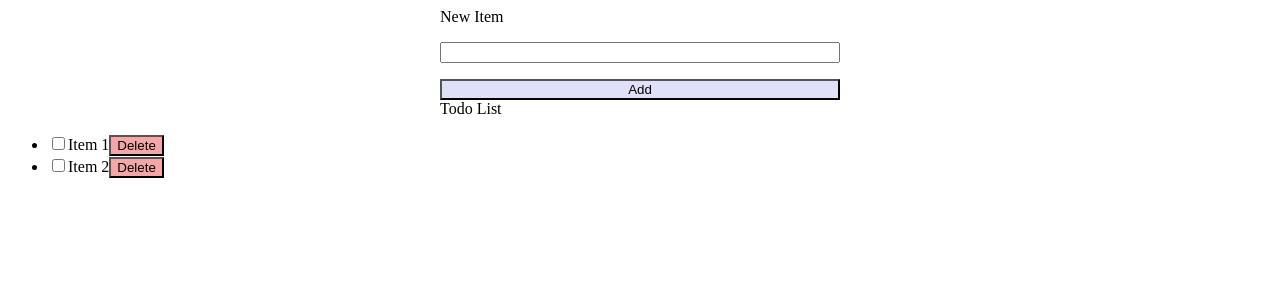
Repository: emmanuel2011-program/react-to-do-list
Page: /
These files come from the project's save history. The page is drawn as it stood at one moment and after a run of saves; the edit follows.
The browser window is 1280 px wide. The pictures show the whole page.
The project was rebuilt for these pictures with package versions that can differ from the ones it lists, and the page was loaded fresh each time. Also part of the build but not shown: vite.config.js.

Above is the page before, as saved 2025-11-03 10:33:16.

### index.html
<!doctype html>
<html lang="en">
  <head>
    <meta charset="UTF-8" />
    <link rel="icon" type="image/svg+xml" href="/vite.svg" />
    <meta name="viewport" content="width=device-width, initial-scale=1.0" />
    <title>react-to-do-list</title>
  </head>
  <body>
    <div id="root"></div>
    <script type="module" src="/src/main.jsx"></script>
  </body>
</html>

### src/App.jsx
import "./styles.css"

export default function App() {
  return (
    <>
  <form className="new-item-form">

      <label htmlFor="item">New Item</label>
      <input type="text" id="item" />
    <button className="btn">Add</button>
  </form>
  <hi className="header">Todo List</hi>
  <ul className="list">
    <li>
      <label>
        <input type="checkbox" />
        Item 1
      </label>
      <button className="btn-danger">Delete</button>
    </li>
    <li>
      <label>
        <input type="checkbox" />
        Item 2
      </label>
      <button className="btn-danger">Delete</button>
    </li>
  </ul>
  </>
)
}

### src/styles.css
/* Align the label above the input */
.new-item-form {
  display: flex;
  flex-direction: column;
  gap: 1rem; /* space between rows if you add more later */
  max-width: 400px;
  margin: 0 auto;
}

.btn-danger {
    background-color: rgb(245, 167, 167);
}
.btn {
    background-color: rgb(224, 224, 249);
}

.form-row {
  display: flex;
  flex-direction: column; /* 👈 stacks label above input */
}

.form-row label {
  margin-bottom: 6px;
  font-weight: 600;
  font-size: 0.95rem;
  color: var(--muted);
}

.form-row input {
  padding: 10px 12px;
  font-size: 1rem;
  border-radius: 8px;
  border: 1px solid #334155;
  background-color: #4b75f5;
  color: var(--text);
  outline: none;
  transition: border 0.2s ease, box-shadow 0.2s ease;
}

.form-row input:focus {
  border-color: var(--accent);
  box-shadow: 0 0 6px rgba(125, 211, 252, 0.4);
}
.header {
    display: flex;
  flex-direction: column;
  gap: 1rem; /* space between rows if you add more later */
  max-width: 400px;
  margin: 0 auto;
}

Loaded but not shown: src/main.jsx (common file)

After the next 2 saves:
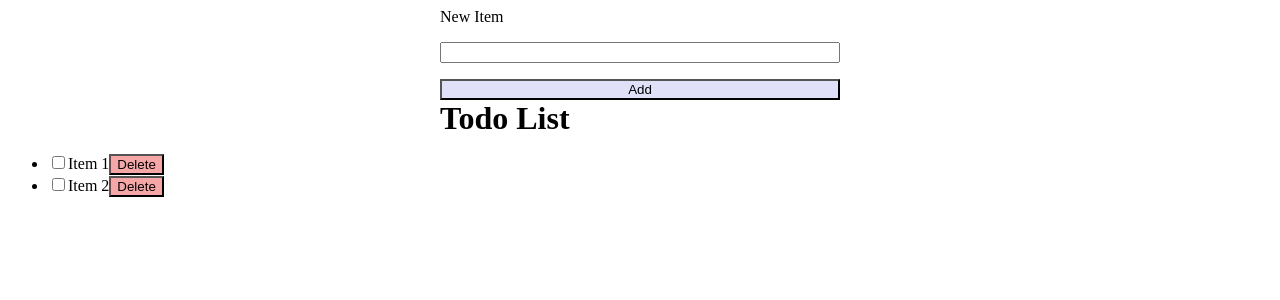
The 2 saves are shown as one change because they came seconds apart.
The last was saved 2 min 31 s later.
--- a/src/App.jsx
+++ b/src/App.jsx
@@ -9,7 +9,7 @@ export default function App() {
       <input type="text" id="item" />
     <button className="btn">Add</button>
   </form>
-  <hi className="header">Todo List</hi>
+  <h1 className="header">Todo List</h1>
   <ul className="list">
     <li>
       <label>
